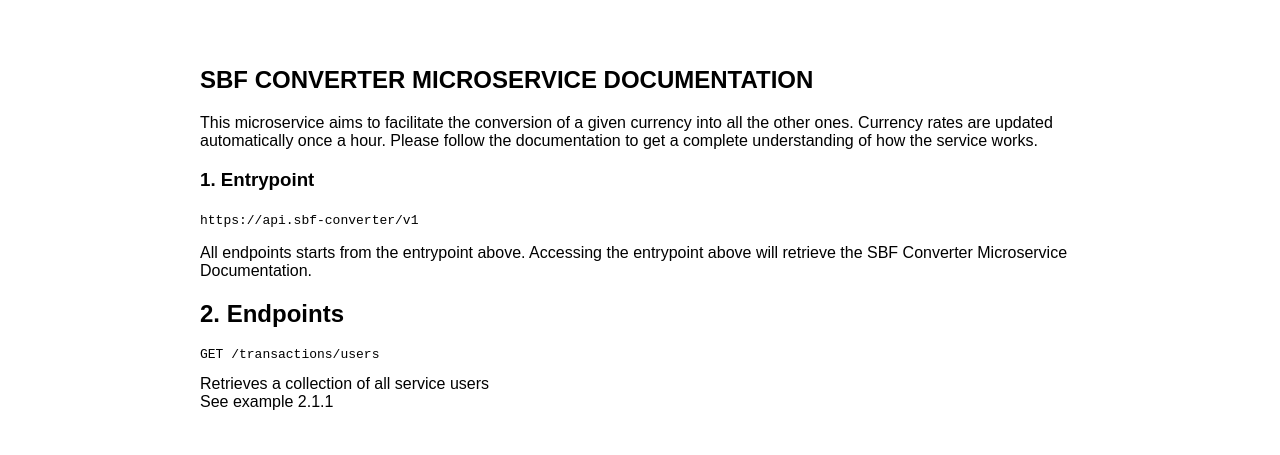
Repository: miguelamello/nestjs-restful-api
Page: documentation.html
The author's editor kept a copy of each file at every save. The page is drawn from the files as they stood at one save, then again after the next save.
The browser window is 1280 px wide. The pictures show the whole page.

Above is the page before, as saved 2023-03-21 22:11:26.

### documentation.html
<!DOCTYPE html>
<html lang="en">
<head>
  <meta charset="UTF-8">
  <meta http-equiv="X-UA-Compatible" content="IE=edge">
  <meta name="viewport" content="width=device-width, initial-scale=1.0">
  <title>SBF Converter Documentation</title>
  <style>
    body {
      font-family: Arial, Helvetica, sans-serif;
      padding: 3% 15%;
    }
  </style>
</head>
<body>
  <h2>SBF CONVERTER MICROSERVICE DOCUMENTATION</h2>
  <p>
    This microservice aims to facilitate the conversion of a given currency
    into all the other ones. Currency rates are updated automatically once a hour.
    Please follow the documentation to get a complete understanding of how the service works.
  </p>

  <h3>1. Entrypoint</h3>
  <code>https://api.sbf-converter/v1</code>
  <p>
    All endpoints starts from the entrypoint above. Accessing the entrypoint
    above will retrieve the SBF Converter Microservice Documentation.
  </p>

  <h2>2. Endpoints</h2>
  <p>
    <pre>GET /transactions/users</pre>
    <div>Retrieves a collection of all service users</div>
    <div>See example 2.1.1</div>
  </p>

</body>
</html>

After the next save:
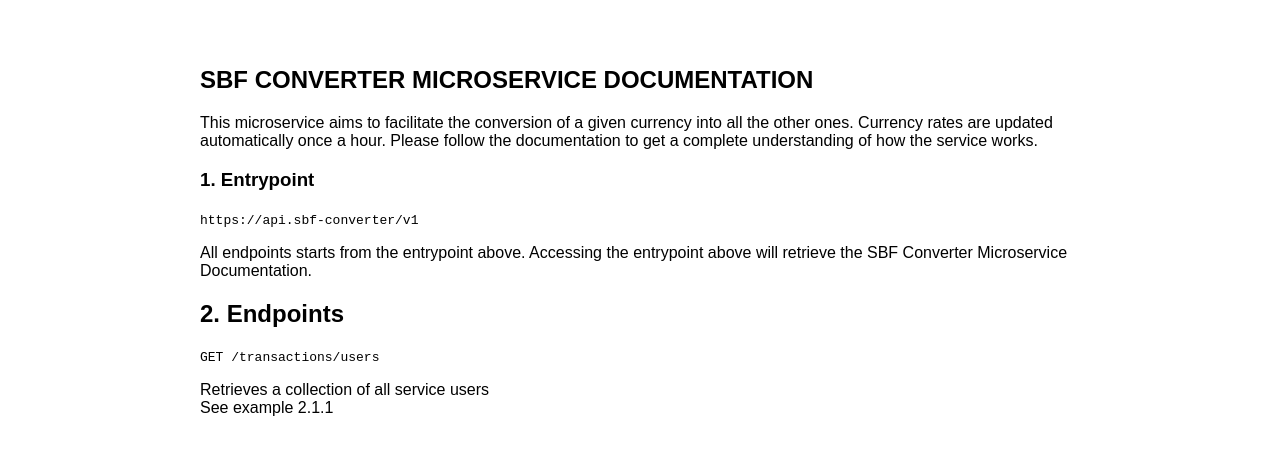
Saved 7 s later.
--- a/documentation.html
+++ b/documentation.html
@@ -29,7 +29,7 @@
 
   <h2>2. Endpoints</h2>
   <p>
-    <pre>GET /transactions/users</pre>
+    <code>GET /transactions/users</code>
     <div>Retrieves a collection of all service users</div>
     <div>See example 2.1.1</div>
   </p>
